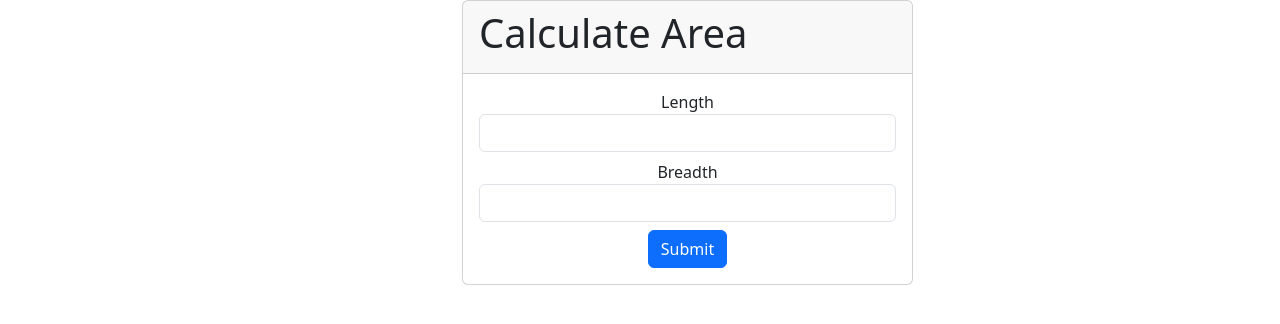
Repository: Laxman-Nath/Servlet_JSP
Page: http://localhost/Area/
These files come from the project's save history. The page is drawn as it stood at one moment and after the next save; the edit follows.
The browser window is 1280 px wide. The pictures show the whole page.
The page is served by Tomcat 9. Other server files are loaded and not shown.

Above is the page before, as saved 2024-09-02 11:06:12.

### Area/src/main/webapp/Area.jsp
<%@ page language="java" contentType="text/html; charset=UTF-8"
	pageEncoding="UTF-8"%>
<!DOCTYPE html>
<html>
<head>
<meta charset="UTF-8">
<title>Area</title>
<link
	href="https://cdn.jsdelivr.net/npm/bootstrap@5.3.3/dist/css/bootstrap.min.css"
	rel="stylesheet"
	integrity="sha384-QWTKZyjpPEjISv5WaRU9OFeRpok6YctnYmDr5pNlyT2bRjXh0JMhjY6hW+ALEwIH"
	crossorigin="anonymous">
</head>
<body>
<div class="container">
<div class="row">
<div class="col-md-5 offset-md-4">
    <div class="card">
    <div class="card-header"><h1>Calculate Area</h1></div>
    <div class="card-body text-center">
	<form action="AreaServlet" method="post">
		<div class="mb-2">
		<label class="">Length</label><input class="form-control" type="number" name="length" required>
		</div>
		<div class="mb-2">
		<label class="">Breadth</label><input class="form-control" type="number" name="breadth" required>
		</div>
		<button type="submit" class="btn btn-primary">Submit</button>
	</form>
	</div>
</div>
</div>
</div>
</div>
</body>
<script
	src="https://cdn.jsdelivr.net/npm/bootstrap@5.3.3/dist/js/bootstrap.bundle.min.js"
	integrity="sha384-YvpcrYf0tY3lHB60NNkmXc5s9fDVZLESaAA55NDzOxhy9GkcIdslK1eN7N6jIeHz"
	crossorigin="anonymous"></script>
</html>

After the next save:
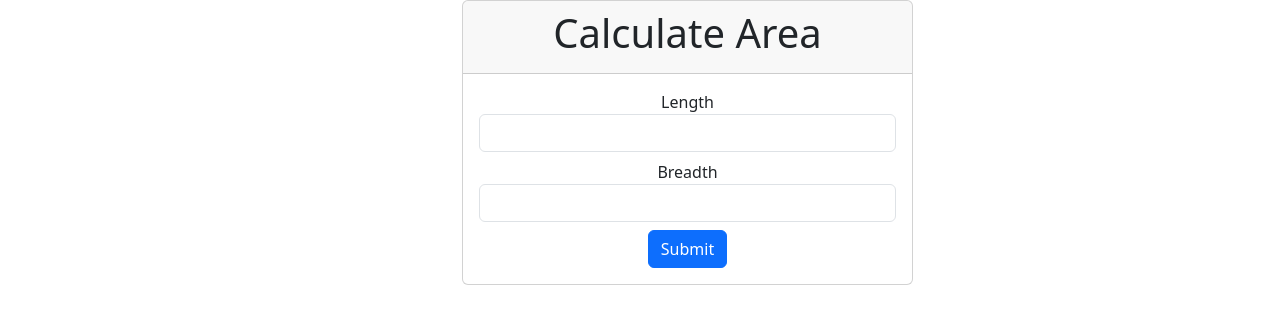
Saved 26 s later.
--- a/Area/src/main/webapp/Area.jsp
+++ b/Area/src/main/webapp/Area.jsp
@@ -16,7 +16,7 @@
 <div class="row">
 <div class="col-md-5 offset-md-4">
     <div class="card">
-    <div class="card-header"><h1>Calculate Area</h1></div>
+    <div class="card-header"><h1 class="text-center">Calculate Area</h1></div>
     <div class="card-body text-center">
 	<form action="AreaServlet" method="post">
 		<div class="mb-2">
